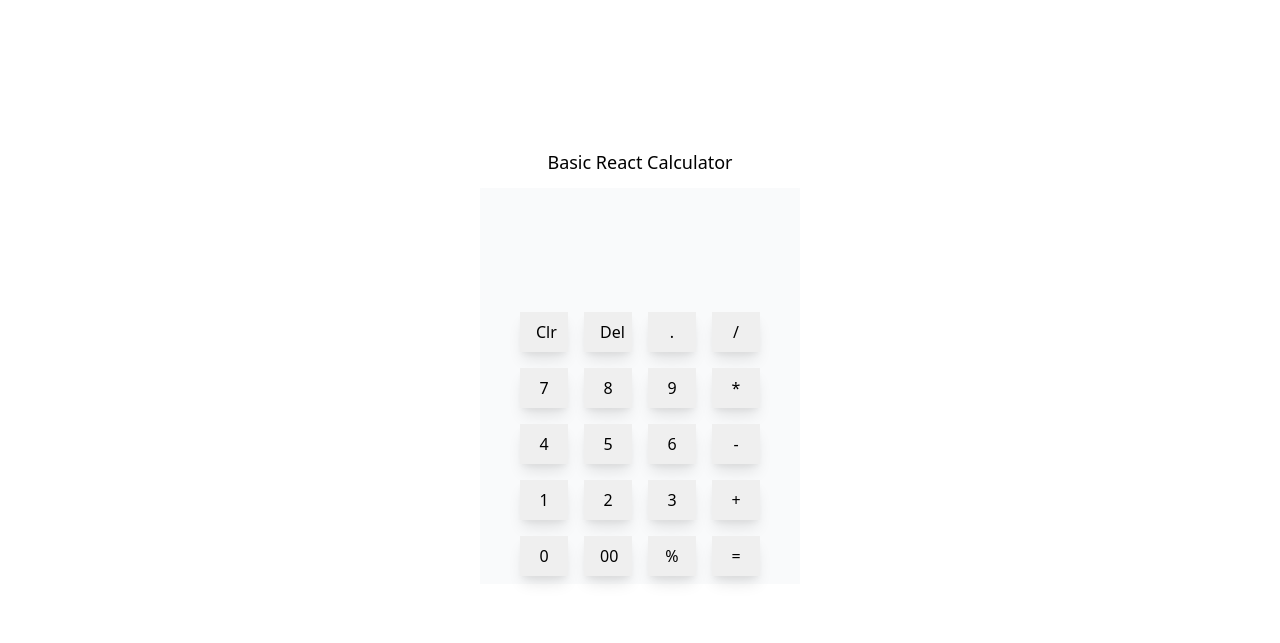
Repository: latenightsnacc/React-Calculator
Page: / (app in docs/react-calculator/)
An editor plug-in stored every save of this project. The page is shown before and after the next save, followed by the edit.
The browser window is 1280 px wide. The pictures show the whole page.
The project was rebuilt for these pictures with package versions that can differ from the ones it lists, and the page was loaded fresh each time. Also part of the build but not shown: docs/react-calculator/craco.config.js.

Above is the page before, as saved 2021-11-11 16:00:56.

### docs/react-calculator/src/App.js
import Calculator from './components/Calculator';

function App() {
  return (
    <div className="overflow-hidden">
      <Calculator />
    </div>
  );
}

export default App;

### docs/react-calculator/src/components/Calculator.js
import React, { Component } from 'react'
import CalculatorTitle from './CalculatorTitle'
import CalculatorScreen from './CalculatorScreen'
import Button from './Button'

class Calculator extends Component {
    render() {
        return (
            <div className="w-full h-screen flex flex-col justify-center items-center">
                <CalculatorTitle value="Basic React Calculator" />
                <div className="w-full flex flex-col justify-center items-center md:w-80 bg-gray-50">
                    <CalculatorScreen />
                    <div className="button-row">
                        <Button label={'Clr'} />
                        <Button label={'Del'} />
                        <Button label={'.'}/>
                        <Button label={'/'}/>
                    </div>
                    <div className="button-row">
                        <Button label={'7'}/>
                        <Button label={'8'}/>
                        <Button label={'9'}/>
                        <Button label={'*'}/>
                    </div>
                    <div className="button-row">
                        <Button label={'4'}/>
                        <Button label={'5'}/>
                        <Button label={'6'}/>
                        <Button label={'-'}/>
                    </div>
                    <div className="button-row">
                        <Button label={'1'}/>
                        <Button label={'2'}/>
                        <Button label={'3'}/>
                        <Button label={'+'}/>
                    </div>
                    <div className="button-row">
                        <Button label={'0'}/>
                        <Button label={'00'}/>
                        <Button label={'%'}/>
                        <Button label={'='}/>
                    </div>

                </div>
            </div>
        )
    }
}

export default Calculator

### docs/react-calculator/src/components/CalculatorTitle.js
import React from 'react'

function CalculatorTitle(props) {
    return (
        <div className='my-3 text-lg'>
            {props.value}
        </div>
    )
}

export default CalculatorTitle

### docs/react-calculator/src/components/CalculatorScreen.js
import React from 'react'
import CalculatorOutputRow from './CalculatorOutputRow'

const CalculatorScreen = () => {
    return (
        <div className="bg-gray-50 mb-1 rounded flex flex-col items-center justify-center w-full h-28">
            <CalculatorOutputRow/>
            <CalculatorOutputRow/>
        </div>
    )
}

export default CalculatorScreen;

### docs/react-calculator/src/components/Button.js
import React from 'react'

const Button = (props) => {
    return(
        <input className="shadow-lg w-12 m-2 py-2 px-4 hover:bg-blue-600  hover:text-gray-50 hover:shadow-2xl"
            type="button"
            value={props.label}
        />
    )
}

export default Button;

### docs/react-calculator/src/components/CalculatorOutputRow.js
import React from 'react';

const CalculatorOutputRow = () => {
    return(
        <div className="">
            <input className="bg-transparent p-2 my-1 w-full" type="text" readOnly />
        </div>
    )
}

export default CalculatorOutputRow

Loaded but not shown: docs/react-calculator/public/index.html (common file); docs/react-calculator/src/index.js (common file); docs/react-calculator/src/index.css (common file); docs/react-calculator/src/reportWebVitals.js (common file); docs/react-calculator/tailwind.config.js (common file)

After the next save:
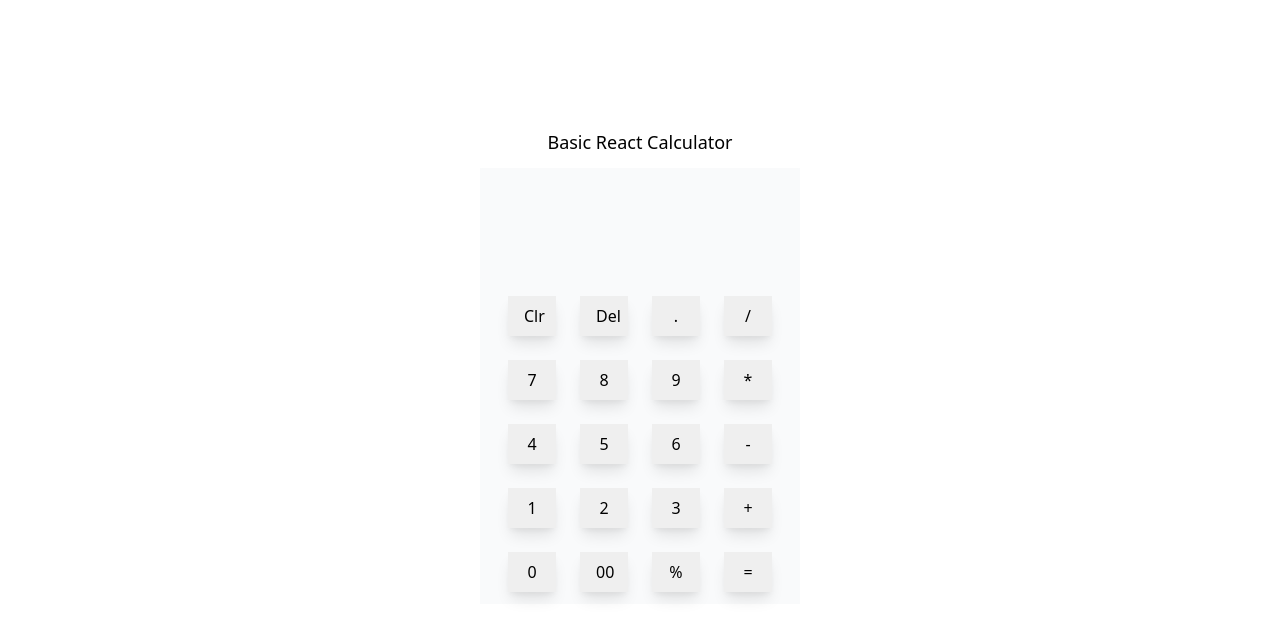
Saved 17 s later.
--- a/docs/react-calculator/src/components/Button.js
+++ b/docs/react-calculator/src/components/Button.js
@@ -2,7 +2,7 @@ import React from 'react'
 
 const Button = (props) => {
     return(
-        <input className="shadow-lg w-12 m-2 py-2 px-4 hover:bg-blue-600  hover:text-gray-50 hover:shadow-2xl"
+        <input className="shadow-lg w-12 m-3 py-2 px-4 hover:bg-blue-600  hover:text-gray-50 hover:shadow-2xl"
             type="button"
             value={props.label}
         />
